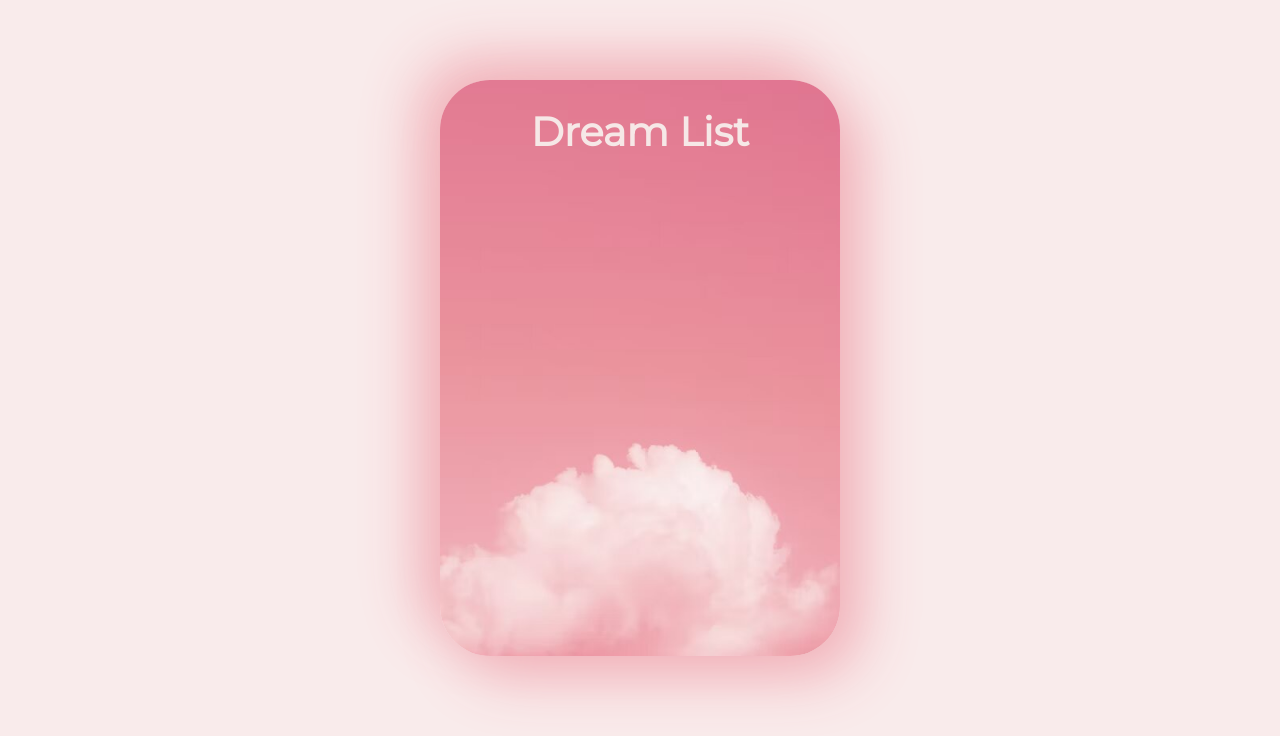
Repository: asya-aisa/grocery-list
Page: /
The author's editor kept a copy of each file at every save. The page is drawn from the files as they stood at one save, then again after a run of saves.
The browser window is 1280 px wide. The pictures show the whole page.
The project was rebuilt for these pictures with package versions that can differ from the ones it lists, and the page was loaded fresh each time.

Above is the page before, as saved 2023-07-14 15:14:54.

After the next 3 saves:
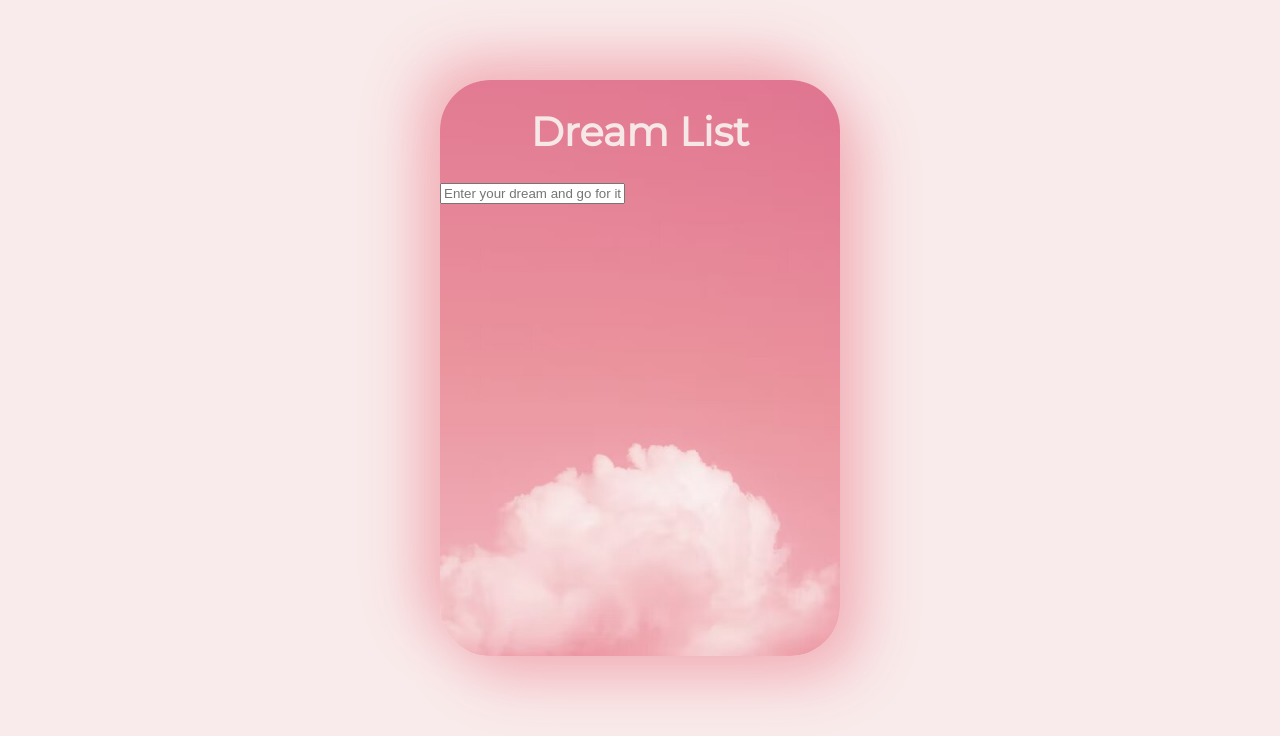
The 3 saves are shown as one change because they came seconds apart.
The last was saved 8 s later.
--- a/src/App.js
+++ b/src/App.js
@@ -1,5 +1,6 @@
 
 import './App.css';
+import { DreamList } from './DreamList';
 
 function App() {
   return (
@@ -7,7 +8,7 @@ function App() {
       <div className='container'>
         <h1>Dream List</h1>
       </div>
-
+      <DreamList />
     </div>
   );
 }
